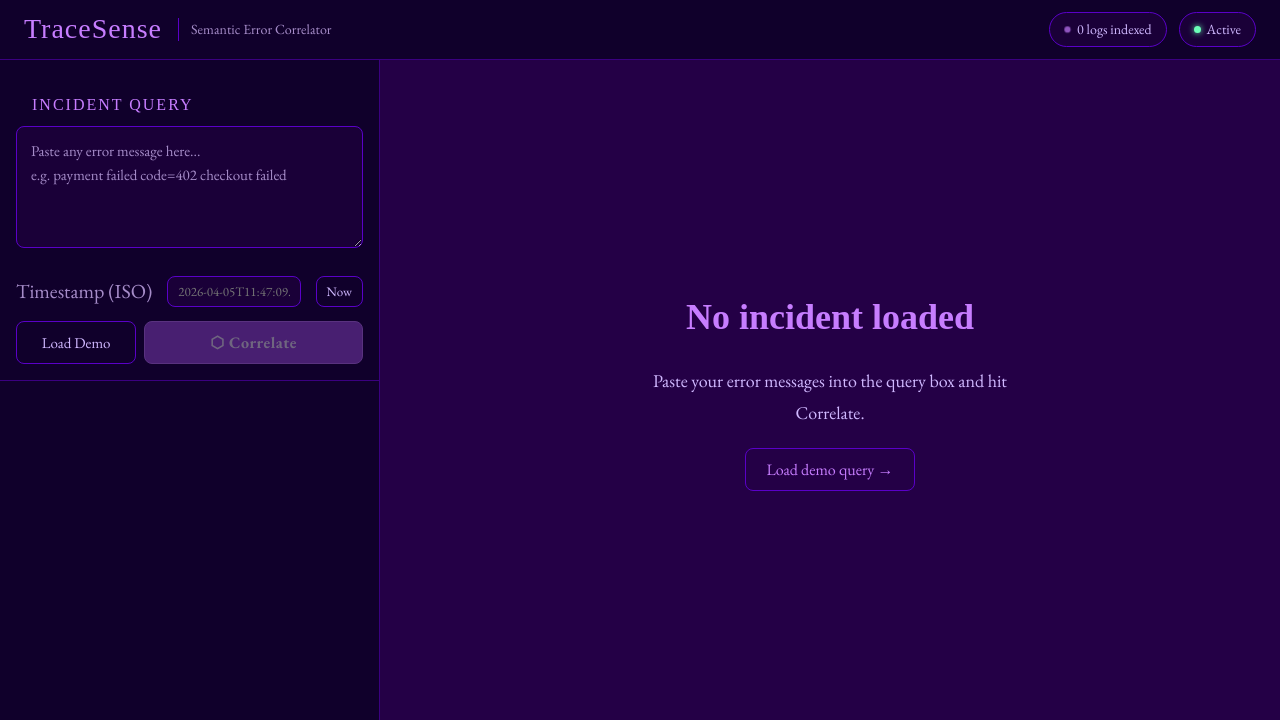
Repository: SaranyaM15/AI_Engineer_Journey
Page: / (app in tracesense/frontend/)
The author's editor kept a copy of each file at every save. The page is drawn from the files as they stood at one save, then again after the next save.
The browser window is 1280 px wide. The pictures show the whole page.
The page's requests for data from a server got no answer. Some web fonts or font styles are not loaded; a fallback is used. The project was rebuilt for these pictures with package versions that can differ from the ones it lists, and the page was loaded fresh each time. No one was signed in, and anything a server would have sent is missing. Also part of the build but not shown: tracesense/frontend/vite.config.js, tracesense/frontend/src/components/Timeline.jsx, tracesense/frontend/src/components/LogFeed.jsx.

Above is the page before, as saved 2026-04-05 19:20:14.

### tracesense/frontend/src/index.css
*, *::before, *::after {
  box-sizing: border-box;
  margin: 0;
  padding: 0;
}

html, body, #root {
  height: 100%;
  overflow: hidden;
}

### tracesense/frontend/src/App.jsx
import { useState, useEffect } from "react";
import axios from "axios";
import Timeline from "./components/Timeline";
import QueryPanel from "./components/QueryPanel";
import LogFeed from "./components/LogFeed";
import "./App.css";

const API = "http://localhost:8000";

export default function App() {
  const [query, setQuery] = useState("");
  const [timestamp, setTimestamp] = useState("");
  const [cluster, setCluster] = useState(null);
  const [loading, setLoading] = useState(false);
  const [logCount, setLogCount] = useState(0);
  const [error, setError] = useState(null);
  const [simulatorRunning, setSimulatorRunning] = useState(false);

  useEffect(() => {
    fetchLogCount();
    const interval = setInterval(fetchLogCount, 5000);
    return () => clearInterval(interval);
  }, []);

  async function fetchLogCount() {
    try {
      const res = await axios.get(`${API}/logs/count`);
      setLogCount(res.data.total_logs_stored);
    } catch {
      // backend not reachable yet
    }
  }

  async function runCorrelation() {
    if (!query.trim()) return;
    setLoading(true);
    setError(null);
    setCluster(null);

    const ts = timestamp || new Date().toISOString();

    try {
      const res = await axios.post(`${API}/correlate`, {
        message: query,
        timestamp: ts,
      });
      setCluster(res.data);
    } catch (e) {
      setError("Could not reach backend. Make sure uvicorn is running on :8000");
    } finally {
      setLoading(false);
    }
  }

  function handleDemo() {
    setQuery("payment failed code=402 checkout failed");
    setTimestamp("2026-04-05T11:47:09.002Z");
  }

  return (
    <div className="app">
      {/* Top Bar */}
      <header className="topbar">
        <div className="topbar-left">

          <span className="logo-text">TraceSense</span>
          <span className="logo-sub">Semantic Error Correlator</span>
        </div>
        <div className="topbar-right">
          <div className="stat-pill">
            <span className="stat-dot pulse" />
            <span>{logCount.toLocaleString()} logs indexed</span>
          </div>
          <div className="status-pill">
            <span className="status-dot" />
            <span>Active</span>
          </div>
        </div>
      </header>

      <div className="layout">
        {/* Left Panel */}
        <aside className="left-panel">
          <QueryPanel
            query={query}
            setQuery={setQuery}
            timestamp={timestamp}
            setTimestamp={setTimestamp}
            onCorrelate={runCorrelation}
            onDemo={handleDemo}
            loading={loading}
          />
          {cluster && (
            <LogFeed cluster={cluster} />
          )}
        </aside>

        {/* Main Timeline */}
        <main className="main-panel">
          {!cluster && !loading && (
            <div className="empty-state">
              <div className="empty-icon">⬡</div>
              <h2>No incident loaded</h2>
              <p>
                Paste your error messages into the query box and hit Correlate.

              </p>
              <button className="demo-hint" onClick={handleDemo}>
                Load demo query →
              </button>
            </div>
          )}
          {loading && (
            <div className="empty-state">
              <div className="spinner" />
              <p>Correlating across services...</p>
            </div>
          )}
          {error && (
            <div className="empty-state error-state">
              <p>{error}</p>
            </div>
          )}
          {cluster && !loading && (
            <Timeline cluster={cluster} />
          )}
        </main>
      </div>
    </div>
  );
}

### tracesense/frontend/src/components/QueryPanel.jsx
export default function QueryPanel({
  query, setQuery, timestamp, setTimestamp,
  onCorrelate, onDemo, loading
}) {
  return (
    <div className="query-panel">
      <div className="panel-label">INCIDENT QUERY</div>

      <textarea
        className="query-input"
        placeholder="Paste any error message here...&#10;e.g. payment failed code=402 checkout failed"
        value={query}
        onChange={e => setQuery(e.target.value)}
        rows={4}
      />

      <div className="ts-row">
        <label className="ts-label">Timestamp (ISO)</label>
        <input
          className="ts-input"
          placeholder="2026-04-05T11:47:09.002Z"
          value={timestamp}
          onChange={e => setTimestamp(e.target.value)}
        />
        <button
          className="now-btn"
          onClick={() => setTimestamp(new Date().toISOString())}
        >
          Now
        </button>
      </div>

      <div className="btn-row">
        <button className="demo-btn" onClick={onDemo}>
          Load Demo
        </button>
        <button
          className="correlate-btn"
          onClick={onCorrelate}
          disabled={loading || !query.trim()}
        >
          {loading ? "Correlating..." : "⬡ Correlate"}
        </button>
      </div>


    </div>
  );
}

### tracesense/frontend/src/App.css
@import url('https://fonts.googleapis.com/css2?family=Boldonse&family=EB+Garamond:ital,wght@0,400;0,500;0,600;0,700;1,400&family=JetBrains+Mono:wght@400;500;700&display=swap');

/* ── Variables ── */
:root {
  --bg:         #240046;
  --bg2:        #10002B;
  --bg3:        #1a0038;
  --border:     #3b0080;
  --border2:    #5a00c8;
  --accent:     #c77dff;
  --accent2:    #9d4edd;
  --text:       #f5f0ff;
  --text2:      #d0b8ff;
  --text3:      #a68cc9;
  --mono:       'JetBrains Mono', monospace;
  --garamond:   'EB Garamond', serif;
  --display:    'Boldonse', cursive;
  --error:      #ff6b6b;
  --warn:       #ffd166;
  --info:       #6bffb8;
  --radius:     8px;
}

/* ── Reset ── */
*, *::before, *::after { box-sizing: border-box; margin: 0; padding: 0; }

body {
  background:  var(--bg);
  color:       var(--text);
  font-family: var(--garamond);
  font-size:   16px;
  line-height: 1.6;
  overflow:    hidden;
  height:      100vh;
}

#root { height: 100vh; display: flex; flex-direction: column; }

.app { display: flex; flex-direction: column; height: 100vh; overflow: hidden; }

/* ── Topbar ── */
.topbar {
  display:         flex;
  align-items:     center;
  justify-content: space-between;
  padding:         0 24px;
  height:          60px;
  background:      var(--bg2);
  border-bottom:   1px solid var(--border);
  flex-shrink:     0;
}

.topbar-left { display: flex; align-items: center; gap: 12px; }
.logo-icon   { display: none; }

.logo-text {
  font-family:    var(--display);
  font-size:      28px;
  letter-spacing: 1px;
  color:          var(--accent);
}

.logo-sub {
  color:        var(--text3);
  font-family:  var(--garamond);
  font-size:    14px;
  border-left:  1px solid var(--border2);
  padding-left: 12px;
  margin-left:  4px;
}

.topbar-right { display: flex; align-items: center; gap: 12px; }

.stat-pill, .status-pill {
  display:       flex;
  align-items:   center;
  gap:           6px;
  padding:       5px 14px;
  border-radius: 20px;
  border:        1px solid var(--border2);
  background:    var(--bg3);
  font-family:   var(--garamond);
  font-size:     14px;
  color:         var(--text2);
}

.stat-dot {
  width: 7px; height: 7px;
  border-radius: 50%;
  background: var(--accent);
}

.stat-dot.pulse { animation: dot-pulse 2s ease-in-out infinite; }

@keyframes dot-pulse {
  0%, 100% { opacity: 1; transform: scale(1); }
  50%       { opacity: 0.4; transform: scale(0.8); }
}

.status-dot {
  width: 7px; height: 7px;
  border-radius: 50%;
  background: var(--info);
  box-shadow: 0 0 6px var(--info);
}

/* ── Layout ── */
.layout { display: flex; flex: 1; overflow: hidden; }

/* ── Left Panel ── */
.left-panel {
  width:          380px;
  flex-shrink:    0;
  background:     var(--bg2);
  border-right:   1px solid var(--border);
  display:        flex;
  flex-direction: column;
  overflow:       hidden;
}

.panel-label {
  font-family:    var(--display);
  font-size:      16px;
  letter-spacing: 2px;
  color:          var(--accent);
  padding:        16px 16px 8px;
  display:        flex;
  align-items:    center;
  gap:            8px;
}

.count-badge {
  background:    var(--accent2);
  color:         white;
  border-radius: 10px;
  padding:       2px 9px;
  font-family:   var(--garamond);
  font-size:     13px;
}

/* ── Query Panel ── */
.query-panel {
  padding:       16px;
  border-bottom: 1px solid var(--border);
  flex-shrink:   0;
}

.query-input {
  width:         100%;
  background:    var(--bg3);
  border:        1px solid var(--border2);
  border-radius: var(--radius);
  color:         var(--text);
  font-family:   var(--garamond);
  font-size:     15px;
  padding:       12px 14px;
  resize:        vertical;
  outline:       none;
  transition:    border-color 0.2s;
  line-height:   1.6;
}

.query-input:focus         { border-color: var(--accent); }
.query-input::placeholder  { color: var(--text3); }

.ts-row { display: flex; align-items: center; gap: 15px; margin-top: 20px; }

.ts-label {
  font-family: var(--garamond);
  font-size:   20px;
  color:       var(--text3);
  white-space: nowrap;
}

.ts-input {
  flex:          1;
  background:    var(--bg3);
  border:        1px solid var(--border2);
  border-radius: var(--radius);
  color:         var(--text2);
  font-family:   var(--garamond);
  font-size:     13px;
  padding:       6px 10px;
  outline:       none;
  min-width:     0;
}

.ts-input:focus { border-color: var(--accent); }

.now-btn {
  background:    transparent;
  border:        1px solid var(--border2);
  border-radius: var(--radius);
  color:         var(--text2);
  font-family:   var(--garamond);
  font-size:     13px;
  padding:       6px 10px;
  cursor:        pointer;
  white-space:   nowrap;
  transition:    all 0.15s;
}

.now-btn:hover { border-color: var(--accent); color: var(--accent); }

.btn-row { display: flex; gap: 8px; margin-top: 14px; }

.demo-btn {
  flex:          1;
  background:    transparent;
  border:        1px solid var(--border2);
  border-radius: var(--radius);
  color:         var(--text2);
  font-family:   var(--garamond);
  font-size:     15px;
  padding:       10px;
  cursor:        pointer;
  transition:    all 0.15s;
}

.demo-btn:hover { border-color: var(--accent); color: var(--accent); }

.correlate-btn {
  flex:           2;
  background:     var(--accent2);
  border:         1px solid var(--accent);
  border-radius:  var(--radius);
  color:          white;
  font-family:    var(--garamond);
  font-size:      16px;
  font-weight:    700;
  padding:        10px;
  cursor:         pointer;
  transition:     all 0.15s;
  letter-spacing: 0.5px;
}

.correlate-btn:hover:not(:disabled) {
  background: var(--accent);
  box-shadow: 0 0 20px var(--accent2);
}

.correlate-btn:disabled { opacity: 0.4; cursor: not-allowed; }

/* ── Log Feed ── */
.log-feed { flex: 1; overflow: hidden; display: flex; flex-direction: column; }

.log-list {
  flex: 1; overflow-y: auto; padding: 8px;
  display: flex; flex-direction: column; gap: 6px;
}

.log-list::-webkit-scrollbar       { width: 4px; }
.log-list::-webkit-scrollbar-track { background: transparent; }
.log-list::-webkit-scrollbar-thumb { background: var(--border2); border-radius: 2px; }

.log-card {
  background:    var(--bg3);
  border:        1px solid var(--border);
  border-radius: var(--radius);
  padding:       10px;
  transition:    border-color 0.15s;
  animation:     slide-in 0.3s ease both;
}

@keyframes slide-in {
  from { opacity: 0; transform: translateX(-10px); }
  to   { opacity: 1; transform: translateX(0); }
}

.log-card:hover { border-color: var(--border2); }

.log-card-top { display: flex; align-items: center; gap: 6px; margin-bottom: 5px; }

.log-icon    { font-size: 15px; }
.log-level   { font-family: var(--mono); font-size: 11px; font-weight: 700; letter-spacing: 1px; }
.log-service { flex: 1; font-family: var(--garamond); font-size: 14px; color: var(--text2); }
.log-score   { font-family: var(--garamond); font-size: 14px; color: var(--accent); font-weight: 700; }

.log-message {
  font-family:   var(--garamond);
  font-size:     14px;
  color:         var(--text);
  line-height:   1.5;
  word-break:    break-word;
  margin-bottom: 6px;
}

.log-meta {
  display: flex; justify-content: space-between; align-items: center;
  font-family: var(--garamond); font-size: 12px; color: var(--text3);
}

.score-bars      { display: flex; gap: 8px; }
.score-bars span { color: var(--text3); }

.conf-bar-bg {
  height: 3px; background: var(--border);
  border-radius: 2px; margin-top: 6px; overflow: hidden;
}

.conf-bar-fill {
  height: 100%;
  background: linear-gradient(90deg, var(--accent2), var(--accent));
  border-radius: 2px; transition: width 0.5s ease;
}

/* ── Main Panel ── */
.main-panel {
  flex:        1;
  overflow-y:  auto;
  font-family: var(--garamond);
  font-size:   16px;
  color:       var(--text);
  padding:     28px;
}

.main-panel::-webkit-scrollbar       { width: 5px; }
.main-panel::-webkit-scrollbar-track { background: transparent; }
.main-panel::-webkit-scrollbar-thumb { background: var(--border2); border-radius: 3px; }

/* ── Empty State ── */
.empty-state {
  display: flex; flex-direction: column;
  align-items: center; justify-content: center;
  height: 100%; gap: 18px; text-align: center;
  animation: fade-in 0.4s ease;
}

@keyframes fade-in { from { opacity: 0; } to { opacity: 1; } }

.empty-icon { display: none; }

.empty-state h2 {
  font-family: var(--display);
  font-size:   36px;
  color:       var(--accent);
}

.empty-state p {
  max-width:   420px;
  font-family: var(--garamond);
  color:       var(--text2);
  font-size:   18px;
  line-height: 1.8;
}

.demo-hint {
  background:    transparent;
  border:        1px solid var(--border2);
  border-radius: var(--radius);
  color:         var(--accent);
  font-family:   var(--garamond);
  font-size:     16px;
  padding:       10px 20px;
  cursor:        pointer;
  transition:    all 0.15s;
}

.demo-hint:hover { border-color: var(--accent); box-shadow: 0 0 14px var(--accent2); }

.error-state { color: var(--error); font-size: 16px; }

/* ── Spinner ── */
.spinner {
  width: 40px; height: 40px;
  border: 3px solid var(--border2);
  border-top: 3px solid var(--accent);
  border-radius: 50%;
  animation: spin 0.8s linear infinite;
}

@keyframes spin { to { transform: rotate(360deg); } }

/* ── Timeline ── */
.timeline-wrap {
  display: flex; flex-direction: column;
  gap: 24px; animation: fade-in 0.4s ease;
}

.timeline-header { border-bottom: 1px solid var(--border); padding-bottom: 18px; }

.tl-title {
  font-family:   var(--display);
  font-size:     32px;
  color:         var(--accent);
  display:       flex;
  align-items:   center;
  gap:           14px;
  margin-bottom: 8px;
}

.tl-badge {
  font-family:   var(--garamond);
  font-size:     14px;
  font-weight:   600;
  background:    var(--accent2);
  color:         white;
  padding:       3px 12px;
  border-radius: 10px;
}

.tl-query {
  font-family:   var(--garamond);
  font-size:     15px;
  color:         var(--text2);
  overflow:      hidden;
  text-overflow: ellipsis;
  white-space:   nowrap;
  max-width:     800px;
}

.tl-query em { color: var(--accent); font-style: italic; }

/* ── Swim Lanes ── */
.swim-container { display: flex; flex-direction: column; }

.swim-lane {
  display: flex; align-items: stretch;
  min-height: 90px; border-bottom: 1px solid var(--border);
}

.swim-lane:last-child { border-bottom: none; }

.lane-label {
  width:       180px;
  flex-shrink: 0;
  display:     flex;
  align-items: center;
  gap:         10px;
  padding:     16px 14px;
  border-left: 3px solid transparent;
  font-family: var(--garamond);
  font-size:   15px;
  color:       var(--text2);
  background:  var(--bg2);
}

.lane-dot { width: 9px; height: 9px; border-radius: 50%; flex-shrink: 0; }

.lane-track {
  flex: 1; position: relative; padding: 16px 20px;
  display: flex; flex-direction: column; gap: 12px;
}

.lane-line {
  position: absolute; left: 0; right: 0; top: 50%;
  height: 1px; border-top: 1px dashed;
  pointer-events: none; z-index: 0;
}

.lane-event {
  display: flex; align-items: flex-start;
  gap: 14px; position: relative; z-index: 1;
}

.event-dot {
  width: 16px; height: 16px;
  border-radius: 50%; border: 2px solid;
  flex-shrink: 0; margin-top: 4px;
  cursor: pointer; transition: transform 0.15s;
}

.event-dot:hover { transform: scale(1.4); }

.event-card {
  background:    var(--bg3);
  border:        1px solid var(--border);
  border-left:   3px solid;
  border-radius: var(--radius);
  padding:       10px 14px;
  flex:          1;
  animation:     slide-in 0.3s ease both;
}

.event-card-top {
  display: flex; align-items: center;
  gap: 10px; margin-bottom: 6px;
}

.event-level {
  font-family:    var(--mono);
  font-size:      11px;
  font-weight:    700;
  letter-spacing: 1.5px;
}

.event-time  { font-family: var(--garamond); font-size: 13px; color: var(--text3); }
.event-score { font-family: var(--garamond); font-size: 13px; color: var(--accent); margin-left: auto; font-weight: 600; }

.event-message {
  font-family: var(--garamond);
  font-size:   15px;
  font-weight: 500;
  color:       var(--text);
  word-break:  break-word;
  line-height: 1.6;
}

/* ── Root Cause Banner ── */
.root-cause-banner {
  display:       flex;
  align-items:   center;
  gap:           14px;
  background:    linear-gradient(135deg, #2d0060, #10002b);
  border:        1px solid var(--accent2);
  border-radius: var(--radius);
  padding:       14px 20px;
  box-shadow:    0 0 28px #9d4edd22;
}

.rc-label {
  font-family:    var(--mono);
  color:          var(--accent);
  font-weight:    700;
  letter-spacing: 1px;
  font-size:      11px;
  white-space:    nowrap;
}

.rc-service {
  background:    var(--accent2);
  color:         white;
  padding:       3px 12px;
  border-radius: 10px;
  font-family:   var(--garamond);
  font-size:     14px;
  font-weight:   600;
  white-space:   nowrap;
}

.rc-message {
  flex:          1;
  color:         var(--text2);
  font-family:   var(--garamond);
  font-size:     15px;
  font-weight:   500;
  overflow:      hidden;
  text-overflow: ellipsis;
  white-space:   nowrap;
}

.rc-time {
  color:       var(--text3);
  font-family: var(--garamond);
  font-size:   13px;
  white-space: nowrap;
}

/* ── Canvas ── */
.connector-canvas { z-index: 2; }

Loaded but not shown: tracesense/frontend/src/main.jsx (common file)

After the next save:
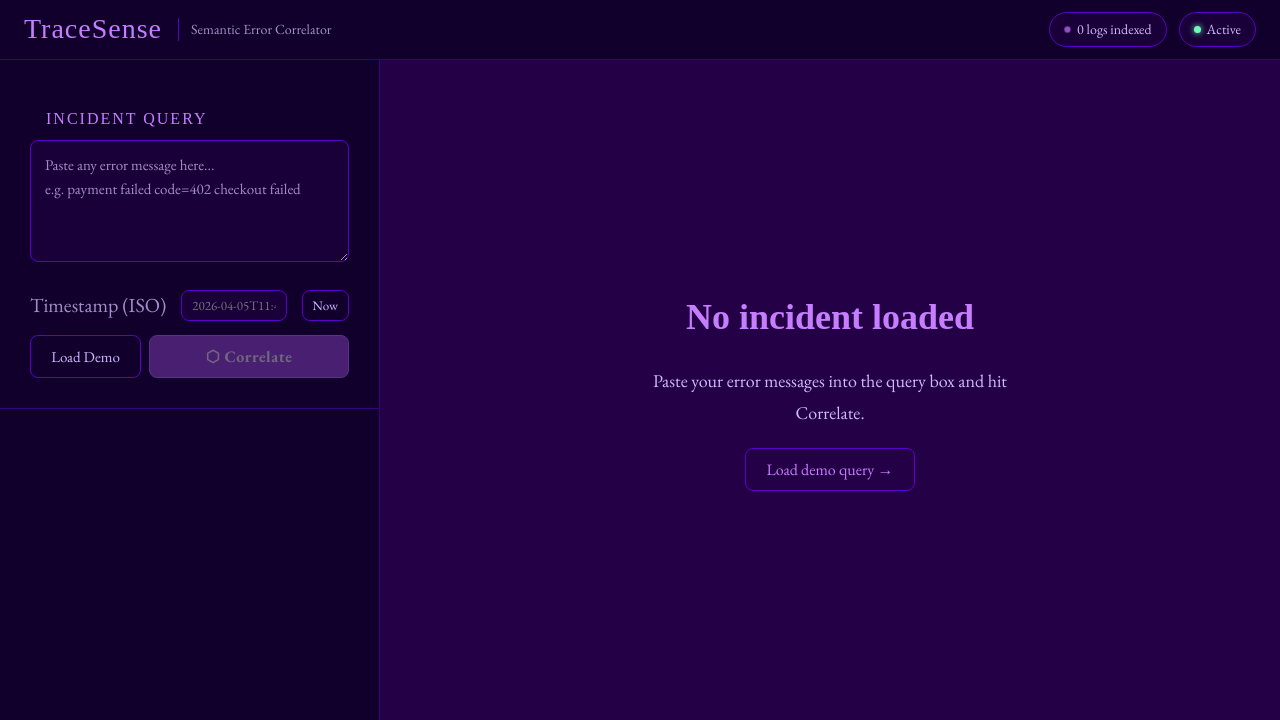
Saved 75 s later.
--- a/tracesense/frontend/src/App.css
+++ b/tracesense/frontend/src/App.css
@@ -140,7 +140,7 @@ body {
 
 /* ── Query Panel ── */
 .query-panel {
-  padding:       16px;
+  padding:       30px;
   border-bottom: 1px solid var(--border);
   flex-shrink:   0;
 }
